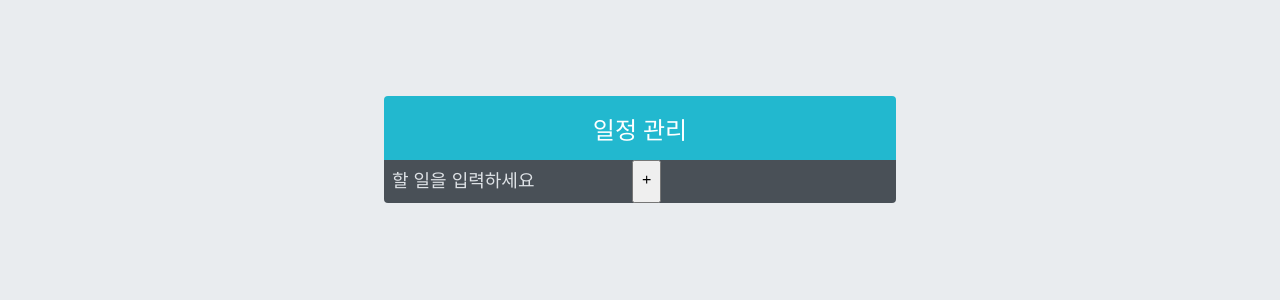
Repository: dhchun1203/React-TodoList-Project
Page: /
The author's editor kept a copy of each file at every save. The page is drawn from the files as they stood at one save, then again after the next save.
The browser window is 1280 px wide. The pictures show the whole page.
The project was rebuilt for these pictures with package versions that can differ from the ones it lists, and the page was loaded fresh each time.

Above is the page before, as saved 2021-02-16 12:33:13.

### src/App.js
import React from 'react';
import TodoInsert from './components/TodoInsert';
import TodoTemplate from './components/TodoTemplate';

const App = () => {
  return (
    <TodoTemplate>
      <TodoInsert />
    </TodoTemplate>
  );
};

export default App;

### src/components/TodoInsert.js
import React from 'react';
import { MdAdd } from 'react-icons/md';
import './TodoInsert.scss';

const TodoInsert = () => {
  return (
    <form className="TodoInsert">
      <input placeholder="할 일을 입력하세요" />
      <button type="submit">
        <MdAdd />
      </button>
    </form>
  );
};

export default TodoInsert;

### src/components/TodoTemplate.js
// 화면을 가운데에 정렬, 앱 타이틀(일정 관리)을 보여줌. children으로 내부 JSX를 props로 받아 와서 렌더링.
import React from 'react';
import './TodoTemplate.scss';

const TodoTemplate = ({ children }) => {
  return (
    <div className="TodoTemplate">
      <div className="app-title">일정 관리</div>
      <div className="content">{children}</div>
    </div>
  );
};

export default TodoTemplate;

### src/components/TodoInsert.scss
.TodoInsert {
  display: flex;
  background: #495057;
  input {
    background: none;
    outline: none;
    border: none;
    padding: 0.5rem;
    font-size: 1.125rem;
    line-height: 1.5;
    color: white;
    &::placeholder {
      color: #dee2e6;
    }
  }
}

### src/components/TodoTemplate.scss
.TodoTemplate {
  width: 512px;
  margin-left: auto;
  margin-right: auto;
  margin-top: 6rem;
  border-radius: 4px;
  overflow: hidden;
}

.app-title {
  background: #22b8cf;
  color: white;
  height: 4rem;
  font-size: 1.5rem;
  display: flex;
  align-items: center;
  justify-content: center;
}

.content {
  background: white;
}

Loaded but not shown: public/index.html (common file); src/index.js (common file); src/index.css (common file); src/reportWebVitals.js (common file)

After the next save:
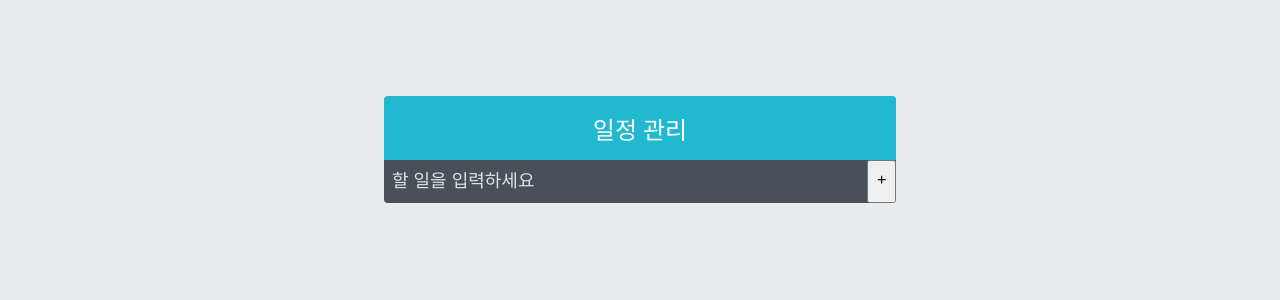
Saved 15 s later.
--- a/src/components/TodoInsert.scss
+++ b/src/components/TodoInsert.scss
@@ -12,5 +12,6 @@
     &::placeholder {
       color: #dee2e6;
     }
+    flex: 1;
   }
 }
